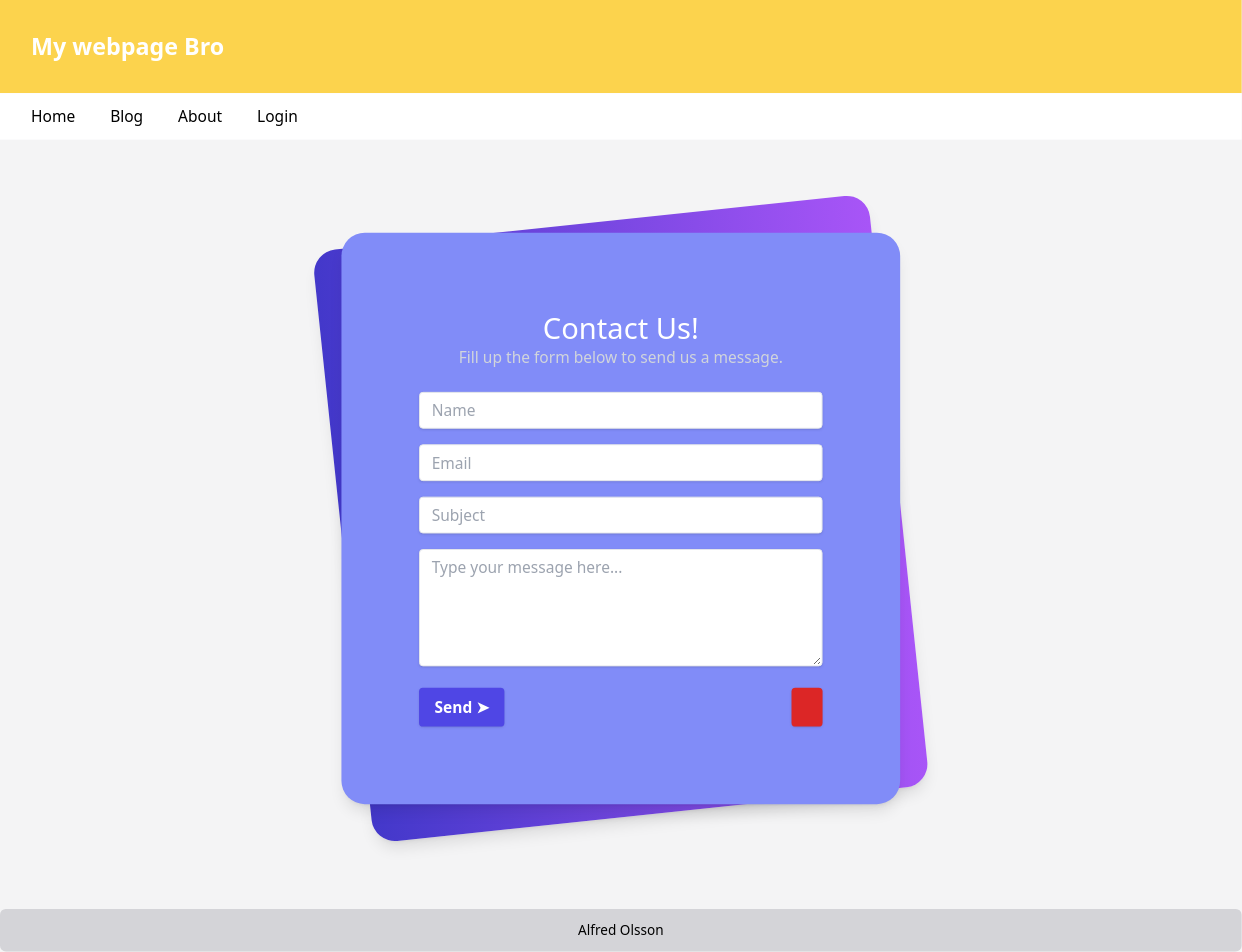
Repository: AlligatorAffe/NextWebsite
Page: /blogpostCreation
The author's editor kept a copy of each file at every save. The page is drawn from the files as they stood at one save, then again after the next save.
The browser window is 1280 px wide. The pictures show the whole page, at 97% of full size.
The project was rebuilt for these pictures with package versions that can differ from the ones it lists, and the page was loaded fresh each time. The framework's server and built-in components were replaced by stand-ins that run in the browser. Also part of the build but not shown: next.config.js.

Above is the page before, as saved 2024-01-05 15:12:33.

### app/layout.tsx
import './globals.css'
import { Metadata } from 'next'
import Link from 'next/link'
import Footer from '../app/components/footer'
import { title } from 'process'
import Header from '../app/components/header'




export const metadata: Metadata = {
  title: 'My webbpage',
  description: 'Welcome to Next.js',
}

/**
 *
 *
 *
 *
 *
 *

const inter = Inter({ subsets: ['latin'] })

export const metadata: Metadata = {
  title: 'Create Next App',
  description: 'Generated by create next app',
}

export default function RootLayout({
  children,
}: {
  children: React.ReactNode
}) {
  return (
    <html lang="en">
      <body>{children}</body>
    </html>
  )
}

 */

export default function RootLayout({
  // Layouts must accept a children prop.
  // This will be populated with nested layouts or pages
  children,

}: {
  children: React.ReactNode
}) {
  const navLinks = [
    { href: '/', label: 'Home' },
    { href: '/blogpost', label: 'Blog' },
    { href: '/about', label: 'About' },
    { href: '/auth/login', label: 'Login'}
  ];
  return (
    <html lang="en">
      <body className="flex flex-col min-h-screen bg-zinc-100 text-black">
        <div className="flex-grow">
          <Header title="My webpage Bro"/>
          <nav className="bg-white p-3">
            <ul className="flex space-x-4">
              {navLinks.map((link, index) => (
                <li key={index}>
                  <div className="pl-5">
                    <Link href={link.href} >
                      {link.label}
                    </Link>
                  </div>
                </li>
              ))}
            </ul>
          </nav>
          <div className='pt-5 p-8'>
            {children}
          </div>

        </div>
          <Footer title="Alfred Olsson" />
      </body>
    </html>

  )
}

### app/template.tsx



export default function Template({ children }: { children: React.ReactNode }) {
    return <div>{children}</div>
  }

### app/blogpostCreation/page.tsx
'use client'

import { title } from "process"
import React, {useState, useEffect, SyntheticEvent } from "react"
import { collection, addDoc } from 'firebase/firestore'
import Link from "next/link"
import { useRouter } from "next/router"


export default function Page(){

  const handleReset = (e: SyntheticEvent, path: string) => {
    // Navigate to the desired page using the router
    if (path === "/blogpost"){
      console.log("i clicked blogpost")

    }

  }
  const[articleData, setArticleData] = useState([
    { articleId:1,
      userImage:"https://tailwindcss.com/img/jonathan.jpg",
      title:"How to be effective at working remotely?",
      textBody:"ijrgoiejgorejgoergjerogijeogijegoiej ejgoeirgj jgeoijg ioejr oeirgj oegi jegrg",
      textBodyImage:"https://images.pexels.com/photos/461077/pexels-photo-461077.jpeg?auto=compress&amp;cs=tinysrgb&amp;dpr=1&amp;w=500"
    },
    {
      articleId:2,
      userImage:"https://external-content.duckduckgo.com/iu/?u=https%3A%2F%2Ffiles.allers.se%2Fuploads%2F2016%2F05%2Fkatt-ber.jpg&f=1&nofb=1&ipt=59ee8677b35f4fabbe3e782f26cecc9b32c7d02920c776357fadce7be2a269cc&ipo=images",
      title:"How to effectivly destroy everything?",
      textBody:"ijrgoiejgorejgoergjerogijeogijegoiej ejgoeirgj jgeoijg ioejr oeirgj oegi jegrg",
      textBodyImage:"https://external-content.duckduckgo.com/iu/?u=https%3A%2F%2Fresize.prod.docfr.doc-media.fr%2Fimg%2Fvar%2Fdoctissimo%2Fstorage%2Fimages%2Ffr%2Fwww%2Fpsychologie%2Fdictionnaire-des-reves%2Freve-d-explosion%2F3205880-1-fre-FR%2Freve-d-explosion.jpg&f=1&nofb=1&ipt=a45e85f09b177ad74d42140990d7ebbfa541d29099928cc747d4311dc6d7af43&ipo=images"
    },
    {
      articleId:3,
      userImage:"https://external-content.duckduckgo.com/iu/?u=https%3A%2F%2Fwww.vilse.nu%2Fmedia%2F43168%2Fkatt_svartvit__20190612_184638__1001x1001.jpg%3Fwidth%3D748&f=1&nofb=1&ipt=accd15e68505d30696e4caf010a04ea5cdce1fc67b35bf1695ac93f4f9249142&ipo=images",
      title:"How to effectivly destroy everything?",
      textBody:"ijrgoiejgorejgoergjerogijeogijegoiej ejgoeirgj jgeoijg ioejr oeirgj oegi jegrg",
      textBodyImage:"https://external-content.duckduckgo.com/iu/?u=https%3A%2F%2Fresize.prod.docfr.doc-media.fr%2Fimg%2Fvar%2Fdoctissimo%2Fstorage%2Fimages%2Ffr%2Fwww%2Fpsychologie%2Fdictionnaire-des-reves%2Freve-d-explosion%2F3205880-1-fre-FR%2Freve-d-explosion.jpg&f=1&nofb=1&ipt=a45e85f09b177ad74d42140990d7ebbfa541d29099928cc747d4311dc6d7af43&ipo=images"
    }
  ]);
  const [newArticle,setNewArticle] = useState({
    articleId:"",
    userImage:"",
    title:"",
    textBody:"",
    textBodyImage:"",
  })
//Add item to database

  const addItem = async (e: SyntheticEvent) => {
    e.preventDefault()
  }

  // Read item from database


  // delete item from database




  return (
    <div className="max-w-screen-xl mx-auto p-16">
      <div className="sm:grid lg:grid-cols-3 sm:grid-cols-2 gap-10">

    </div>
        <div className="relative py-3 sm:max-w-xl sm:mx-auto">
      <div className="absolute inset-0 bg-gradient-to-r from-indigo-700 to-purple-500 shadow-lg transform -skew-y-6 sm:skew-y-0 sm:-rotate-6 sm:rounded-3xl"></div>
      <div className="text-white relative px-4 py-10 bg-indigo-400 shadow-lg sm:rounded-3xl sm:p-20">
        <div className="text-center pb-6">
          <h1 className="text-3xl">Contact Us!</h1>
          <p className="text-gray-300">Fill up the form below to send us a message.</p>
        </div>

        <form>
  <input
    className="shadow mb-4 appearance-none border rounded w-full py-2 px-3 text-gray-700 leading-tight focus:outline-none focus:shadow-outline"
    type="text"
    placeholder="Name"
    name="name"
  />

  <input
    className="shadow mb-4 appearance-none border rounded w-full py-2 px-3 text-gray-700 leading-tight focus:outline-none focus:shadow-outline"
    type="email"
    placeholder="Email"
    name="email"
  />

  <input
    className="shadow mb-4 appearance-none border rounded w-full py-2 px-3 text-gray-700 leading-tight focus:outline-none focus:shadow-outline"
    type="text"
    placeholder="Subject"
    name="_subject"
  />

  <textarea
    className="shadow mb-4 min-h-0 appearance-none border rounded h-64 w-full py-2 px-3 text-gray-700 leading-tight focus:outline-none focus:shadow-outline"
    placeholder="Type your message here..."
    name="message"
    style={{ height: "121px" }}
  ></textarea>

  <div className="flex justify-between">
    <input
      className="shadow bg-indigo-600 hover:bg-indigo-700 text-white font-bold py-2 px-4 rounded focus:outline-none focus:shadow-outline"
      type="submit"
      value="Send ➤"
    />

      <a
        className="shadow bg-red-600 hover:bg-red-700 text-white font-bold py-2 px-4 rounded focus:outline-none focus:shadow-outline"
        type="reset"
        onClick={(e) => handleReset(e, "/blogpost")}/>


  </div>
</form>
      </div>
    </div>
  </div>

  )
}

### app/components/footer.tsx


type Props = {
  title: string,
}

export default function Footer({title}: Props){
  return (
    <footer className="bg-zinc-300 rounded-md p-3">
      <h3 className="text-black text-center text-sm font-medium">{title}</h3>
    </footer>

  )
}

### app/components/header.tsx
import { title } from "process";

type Props = {
  title: string,
}



export default function Header({title}: Props){
  return (
    <header className="bg-amber-300 p-8">
      <h1 className="text-2xl font-bold text-white">{title}</h1>
    </header>
  )

}

Loaded but not shown: app/globals.css (common file); tailwind.config.ts (common file)

After the next save:
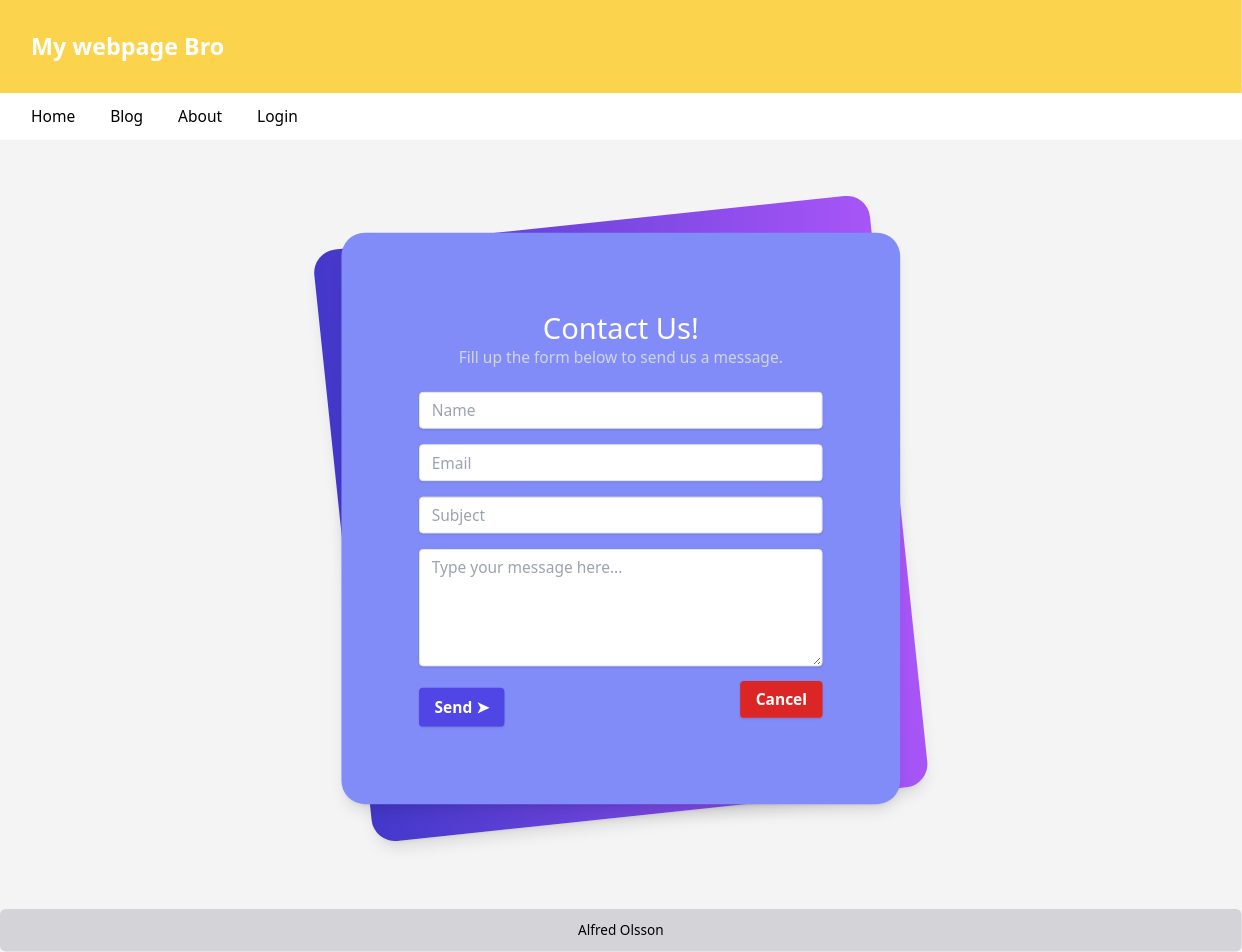
Saved 2 min 55 s later.
--- a/app/blogpostCreation/page.tsx
+++ b/app/blogpostCreation/page.tsx
@@ -108,12 +108,12 @@ export default function Page(){
       type="submit"
       value="Send ➤"
     />
-
+    <Link href ="/blogpost">
       <a
         className="shadow bg-red-600 hover:bg-red-700 text-white font-bold py-2 px-4 rounded focus:outline-none focus:shadow-outline"
-        type="reset"
-        onClick={(e) => handleReset(e, "/blogpost")}/>
 
+        onClick={ handleReset }>Cancel</a>
+    </Link>
 
   </div>
 </form>
